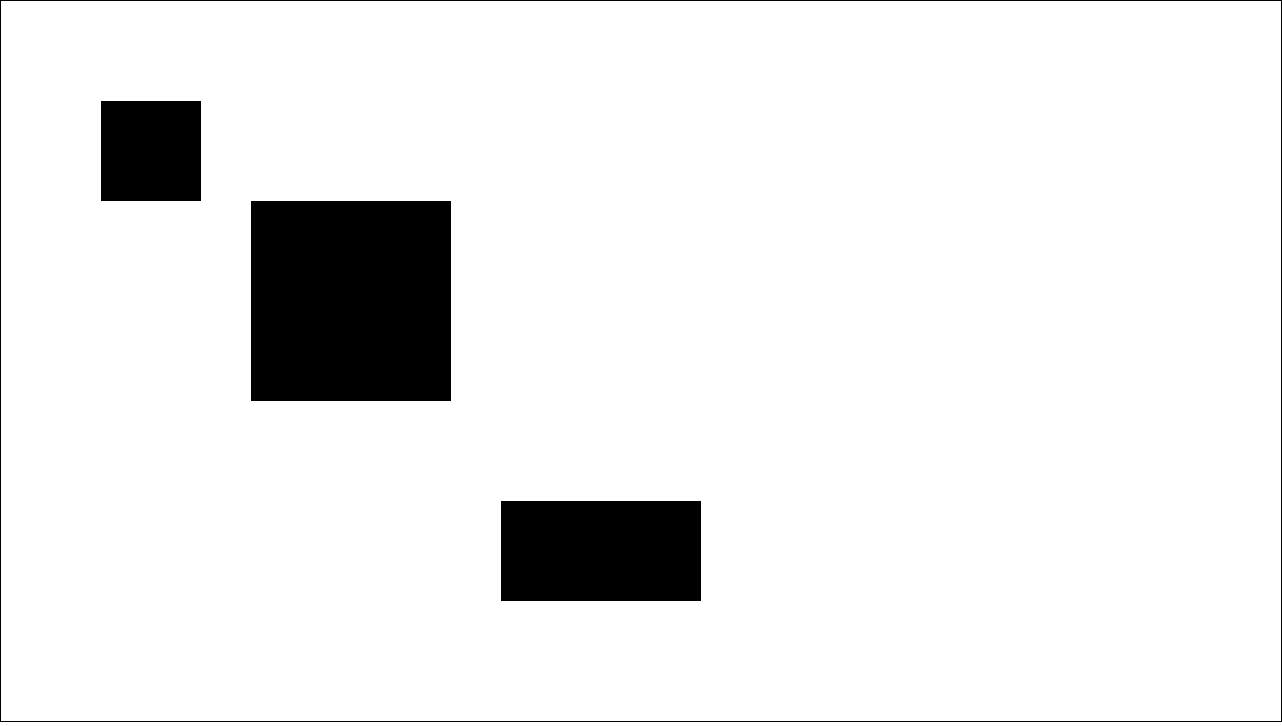
Repository: badhon252/Javascript-practice
Page: 1projects/JavaScript30/08 - Fun with HTML5 Canvas/index-START.html
These files come from the project's save history. The page is drawn as it stood at one moment and after the next save; the edit follows.
The browser window is 1280 px wide. The page is 1282 px wide, so the pictures cover 1282 px, including what lies to the right of the window. The pictures show the whole page.

Above is the page before, as saved 2022-12-02 23:30:23.

### 1projects/JavaScript30/08 - Fun with HTML5 Canvas/index-START.html
<!DOCTYPE html>
<html lang="en">

<head>
    <meta charset="UTF-8">
    <title>HTML5 Canvas</title>
</head>

<body>
    <canvas id="draw" width="800" height="800"></canvas>
    <script>
    </script>

    <style>
        html,
        body {
            margin: 0;
            padding: 0;
        }

        #draw {
            border: 1px solid black;
        }
    </style>

    <script>
        console.log("first")
        const canvas = document.querySelector("#draw");
        const ctx = canvas.getContext("2d")

        canvas.width = window.innerWidth;
        canvas.height = window.innerHeight;

        // ctx.fillRect(x, y, width, height)
        ctx.fillRect(100, 100, 100, 100);
        ctx.fillRect(250, 200, 200, 200);
        ctx.fillRect(500, 500, 200, 100);
    </script>
</body>

</html>

After the next save:
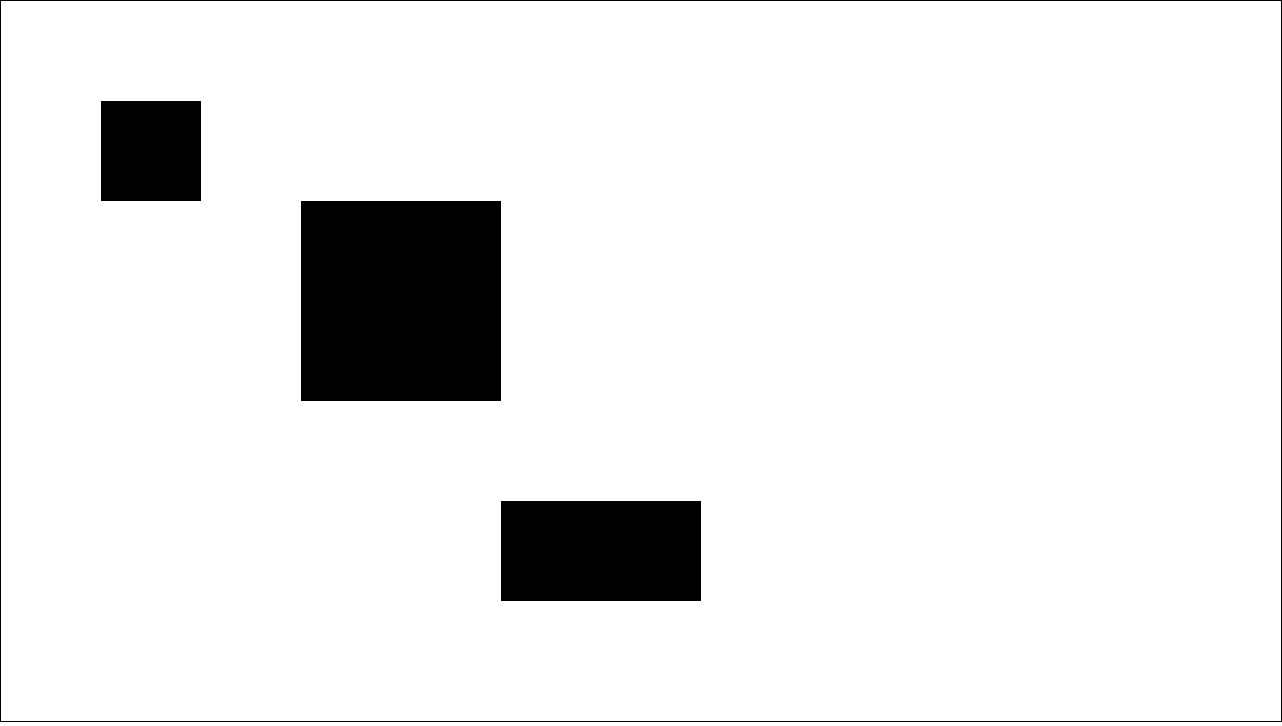
Saved 5 s later.
--- a/1projects/JavaScript30/08 - Fun with HTML5 Canvas/index-START.html
+++ b/1projects/JavaScript30/08 - Fun with HTML5 Canvas/index-START.html
@@ -33,7 +33,7 @@
 
         // ctx.fillRect(x, y, width, height)
         ctx.fillRect(100, 100, 100, 100);
-        ctx.fillRect(250, 200, 200, 200);
+        ctx.fillRect(300, 200, 200, 200);
         ctx.fillRect(500, 500, 200, 100);
     </script>
 </body>
